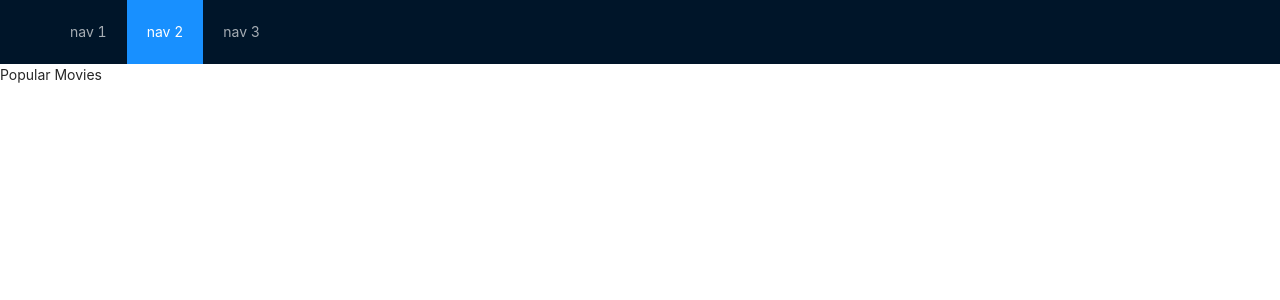
Repository: theciphedwolf/movie-app-context
Page: /
The author's editor kept a copy of each file at every save. The page is drawn from the files as they stood at one save, then again after a run of saves.
The browser window is 1280 px wide. The pictures show the whole page.
The page's requests for data from a server got no answer. The project was rebuilt for these pictures with package versions that can differ from the ones it lists, and the page was loaded fresh each time. No one was signed in, and anything a server would have sent is missing. Also part of the build but not shown: src/components/pages/About.js, src/components/pages/NotFound.js.

Above is the page before, as saved 2020-12-26 09:57:52.

After the next 3 saves:
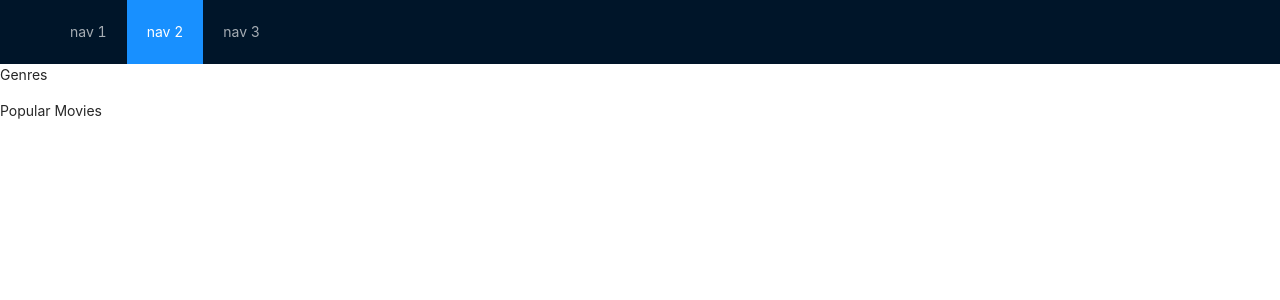
The 3 saves are shown as one change because 2 did not build or start.
The last was saved 34 s later.
--- a/src/components/pages/Home.js
+++ b/src/components/pages/Home.js
@@ -1,8 +1,10 @@
 import React, { Fragment } from "react";
-import PopularMovies from "./../layout/PopularMovies";
 import { useEffect, useContext } from "react";
 import GenreContext from "./../../contexts/genres/genreContext";
 import MovieContext from "./../../contexts/movies/movieContext";
+
+import PopularMovies from "./../layout/PopularMovies";
+import Genres from "./../layout/Genres";
 
 const Home = () => {
   const genreContext = useContext(GenreContext);
@@ -14,6 +16,7 @@ const Home = () => {
   }, []);
   return (
     <Fragment>
+      <Genres></Genres>
       <PopularMovies></PopularMovies>
     </Fragment>
   );
